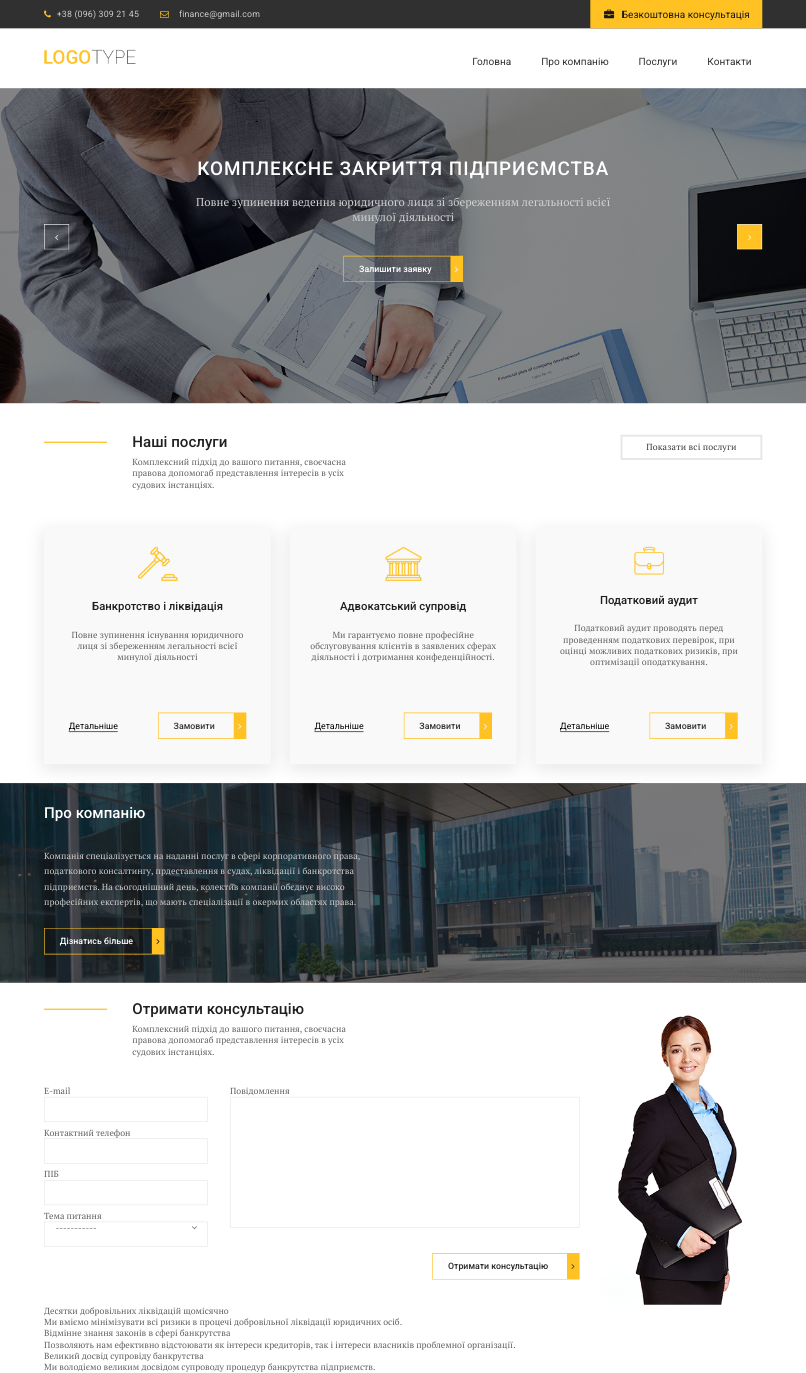
Repository: oliachipko/companysait
Page: index.html
These files come from the project's save history. The page is drawn as it stood at one moment and after the next save; the edit follows.
The browser window is 1280 px wide. The pictures show the whole page, at 63% of full size.

Above is the page before, as saved 2020-11-20 09:55:48.

### index.html
<!DOCTYPE html>
<html lang="en">
  <head>
    <meta charset="UTF-8" />
    <meta name="viewport" content="width=device-width, initial-scale=1.0" />
    <title>Document</title>
    <link rel="preconnect" href="https://fonts.gstatic.com" />
    <link href="https://fonts.googleapis.com/css2?family=PT+Serif:wght@400;700&family=Roboto:wght@400;500;700&display=swap"
      rel="stylesheet"/>
    <link rel="stylesheet" href="css/normalize.css" />
    <link rel="stylesheet" href="css/fonts.css" />
    <link rel="stylesheet" href="css/jquery.fancybox.min.css" />
    <link rel="stylesheet" href="css/slick.css" />
    <link rel="stylesheet" href="css/jquery.formstyler.css">
    <link rel="stylesheet" href="css/style.css" />
  </head>
  <body>
    <header class="header">
      <div class="header__top">
        <div class="container">
          <div class="header__contacts">
            <a class="header__phone" href="tel:380963092145">+38 (096) 309 21 45</a>
            <a class="header__email" href="#">finance@gmail.com</a>
            <a data-fancybox data-src="#modal" href="javascript:;" href="#" class="header__btn">
              Безкоштовна консультація
            </a>
          </div>
        </div>
      </div>
      <div class="header__content">
        <div class="container">
          <div class="header__content-inner">
            <div class="header__logo">
              <a href="#">
                <img src="img/logo.png" alt="" />
              </a>
            </div>
            <nav class="menu">
              <ul>
                <li><a href="#">Головна</a></li>
                <li><a href="#">Про компанію</a></li>
                <li><a href="#">Послуги</a></li>
                <li><a href="#">Контакти</a></li>
              </ul>
            </nav>
          </div>
        </div>
      </div>
    </header>
    <section class="slider">
      <div class="container">
        <div class="slider__inner">
          <div class="slider__item">
            <div class="slider__item-content">
              <div class="slider__title">КОМПЛЕКСНЕ ЗАКРИТТЯ ПІДПРИЄМСТВА</div>
              <div class="slider__text">
                Повне зупинення ведення юридичного лиця зі збереженням
                легальності всієї минулої діяльності
              </div>
              <a data-fancybox data-src="#modal" href="javascript:;" class="slider__btn default-btn">
                Залишити заявку
              </a>
            </div>
          </div>

          <div class="slider__item">
            <div class="slider__item-content">
              <div class="slider__title">КОМПЛЕКСНЕ ЗАКРИТТЯ ПІДПРИЄМСТВА</div>
              <div class="slider__text">
                Повне зупинення ведення юридичного лиця зі збереженням
                легальності всієї минулої діяльності
              </div>
              <a data-fancybox data-src="#modal" href="javascript:;" class="slider__btn default-btn">
                Залишити заявку
              </a>
            </div>
          </div>

          <div class="slider__item">
            <div class="slider__item-content">
              <div class="slider__title">КОМПЛЕКСНЕ ЗАКРИТТЯ ПІДПРИЄМСТВА</div>
              <div class="slider__text">
                Повне зупинення ведення юридичного лиця зі збереженням
                легальності всієї минулої діяльності
              </div>
              <a data-fancybox data-src="#modal" href="javascript:;"class="slider__btn default-btn">
                Залишити заявку
              </a>
            </div>
          </div>
        </div>
      </div>
    </section>
    <section class="services">
      <div class="container">
        <div class="services__top">
          <div class="services__title-box">
            <div class="services__title">Наші послуги</div>
            <div class="services__text">
              Комплексний підхід до вашого питання, своєчасна правова допомогаб
              представлення інтересів в усіх судових інстанціях.
            </div>
          </div>
          <div class="services__btn">
          <a href="" class="services__btn"> Показати всі послуги </a>
        </div>
      </div>
      <div class="services__items">
        <div class="services__item">
          <img src="img/about-1.png" alt="">
          <div class="services__item-title">
            Банкротство і ліквідація
          </div>
          <div class="services__item-text">
            Повне зупинення існування юридичного лиця зі збереженням легальності всієї
            минулої діяльності
          </div>
          <div class="services__item-btn">
            <a class="services__item-link" href="#">Детальніше</a>
            <a data-fancybox data-src="#modal" href="javascript:;" class="default-btn">
                Замовити
            </a>
          </div>
        </div>

        <div class="services__item">
          <img src="img/about-2.png" alt="">
          <div class="services__item-title">
            Адвокатський супровід
          </div>
          <div class="services__item-text">
            Ми гарантуємо повне професійне обслуговування клієнтів в заявлених сферах
            діяльності і дотримання конфеденційності.
          </div>
          <div class="services__item-btn">
            <a class="services__item-link" href="#">Детальніше</a>
            <a data-fancybox data-src="#modal" href="javascript:;" class="default-btn">
                Замовити
            </a>
          </div>
        </div>

        <div class="services__item">
          <img src="img/about-3.png" alt="">
          <div class="services__item-title">
            Податковий аудит
          </div>
          <div class="services__item-text">
            Податковий аудит проводять перед проведенням податкових перевірок, при оцінці можливих
            податкових ризиків, при оптимізації оподаткування.
          </div>
          <div class="services__item-btn">
            <a class="services__item-link" href="#">Детальніше</a>
            <a data-fancybox data-src="#modal" href="javascript:;" class="default-btn">
                Замовити
            </a>
          </div>
        </div>
      </div>
    </section>
    <section class="about">
      <div class="container">
        <div class="about__inner">
        <div class="about__title">
          Про компанію
        </div>
        <div class="about__text">
          Компанія спеціалізується на наданні послуг в сфері корпоративного права, податкового
          консалтингу, прдеставлення в судах, ліквідації і банкротства підприємств. На
          сьогоднішний день, колектив компанії обєднує
          високо професійних експертів, що мають
          спеціалізації в окермих областях права.

        </div>
        <a  href="#" class="about__btn default-btn">
          Дізнатись більше
      </a>

      </div>
    </div>
    </section>
    <section class="form">
     <div class="container">
       <div class="form__inner">
         <div class="form__content">
          <div class="form__title-box">
            <div class="form__title">
              Отримати консультацію
            </div>
            <div class="form__text">
              Комплексний підхід до вашого питання, своєчасна правова допомогаб
              представлення інтересів в усіх судових інстанціях.
            </div>
          </div>
          <div class="form__box">
            <form>
              <div class="form__box-inner">
                <div class="form__box-left">
                  <label>
                  E-mail
                    <input type="text">
                  </label>
                  <label>
                  Контактний телефон
                    <input type="text">
                  </label>
                  <label>
                  ПІБ
                    <input type="text">
                  </label>
                  <label>
                    Тема питання
                    <select>
                      <option>-----------</option>
                      <option>-----------</option>
                      <option>-----------</option>
                      <option>-----------</option>
                    </select>
                  </label>

                </div>
                <div class="form__box-right">
                  <label>
                    Повідомлення
                    <textarea></textarea>
                  </label>
                  <button class="default-btn" type="submit">Отримати консультацію</button>
                </div>
              </div>
            </form>
          </div>

         </div>
       </div>
     </div>
    </section>
    <section class="advantages">
      <div class="container">
        <div class="advantages__inner">
          <div class="advantages-item">
            <div class="advantages__title">
              Десятки добровільних ліквідацій щомісячно

            </div>
            <div class="advantages__text">
              Ми вміємо мінімізувати всі ризики в процечі
              добровільної ліквідації юридичних осіб.
            </div>
          </div>
          <div class="advantages__title">
            Відмінне знання законів в сфері банкрутства
          </div>
          <div class="advantages__text">
            Позволяють нам ефективно відстоювати як інтереси кредиторів,
            так і інтереси власників проблемної організації.
          </div>
        </div>
        <div class="advantages__title">
          Великий досвід супровіду банкрутства
        </div>
        <div class="advantages__text">
          Ми володіємо великим досвідом супроводу процедур
          банкрутства підприємств.
        </div>
      </div>

        </div>
      </div>
    </section>




    <div id="modal">
      <h2>Hello!</h2>
      <p>You are awesome!</p>
    </div>

    <script src="https://ajax.googleapis.com/ajax/libs/jquery/3.5.1/jquery.min.js"></script>
    <script src="js/jquery.fancybox.min.js"></script>
    <script src="js/slick.min.js"></script>
    <script src="js/jquery.formstyler.min.js"></script>
    <script src="js/main.js"></script>
  </body>
</html>

### css/fonts.css
@font-face {
  font-family: 'icomoon';
  src:  url('../fonts/icomoon.eot?nqt5zc');
  src:  url('../fonts/icomoon.eot?nqt5zc#iefix') format('embedded-opentype'),
    url('../fonts/icomoon.ttf?nqt5zc') format('truetype'),
    url('../fonts/icomoon.woff?nqt5zc') format('woff'),
    url('../fonts/icomoon.svg?nqt5zc#icomoon') format('svg');
  font-weight: normal;
  font-style: normal;
  font-display: block;
}

[class^="icon-"], [class*=" icon-"] {
  /* use !important to prevent issues with browser extensions that change fonts */
  font-family: 'icomoon' !important;
  speak: never;
  font-style: normal;
  font-weight: normal;
  font-variant: normal;
  text-transform: none;
  line-height: 1;

  /* Better Font Rendering =========== */
  -webkit-font-smoothing: antialiased;
  -moz-osx-font-smoothing: grayscale;
}

.icon-envelope-o:before {
  content: "\f003";
}
.icon-check:before {
  content: "\f00c";
}
.icon-map-marker:before {
  content: "\f041";
}
.icon-phone:before {
  content: "\f095";
}
.icon-briefcase:before {
  content: "\f0b1";
}
.icon-bars:before {
  content: "\f0c9";
}
.icon-navicon:before {
  content: "\f0c9";
}
.icon-reorder:before {
  content: "\f0c9";
}
.icon-angle-left:before {
  content: "\f104";
}
.icon-angle-right:before {
  content: "\f105";
}
.icon-quote-left:before {
  content: "\f10d";
}
.icon-quote-right:before {
  content: "\f10e";
}
.icon-ellipsis-v:before {
  content: "\f142";
}

### css/style.css
* {
    box-sizing: border-box;
}

a{
    text-decoration: none;
    display: inline-block;
}

ul,
li{
    list-style: none;
    margin: 0;
    padding: 0;
}
.container{
    max-width: 1170px;
    margin: 0 auto;
    padding: 0 15px;
}

body{
    font-family: 'PT Serif', serif;
    /*font-family: 'Roboto', sans-serif;*/
    font-weight: 400px;
    font-size: 14px;
    line-height: 18px;
    color: #5e5e5e;

}
header {
    font-family: 'Roboto', sans-serif;
}
.header__top{
   background-color: #303030;
}
.header__btn {
    float: right;
    line-height: 36px;
    color: #1b1b1b;
    background-color: #ffc222;
    padding: 5px 20px 4px 50px;
    font-size: 16px;
    position: relative;
}
.header__btn:before {
    content: "\f0b1";
    font-family: 'icomoon';
    position: absolute;
    left: 22px;
    color: #1b1b1b;
}
.header__contacts:after {
    content: "";
    clear: both;
    display: block;
}
.header__phone,
.header__email {
    color:#cbcacb;
    letter-spacing: 0.25px;
    line-height: 45px;
    position: relative;
}
.header__phone {
    padding-left: 20px;
    padding-right: 30px;
}
.header__phone:before {
    content: "\f095";
    font-family: 'icomoon';
    position: absolute;
    left: 0;
    color: #ffc222;
}
.header__email{
    padding-left: 30px;
}
.header__email:before {
    content: "\f003";
    font-family: 'icomoon';
    position: absolute;
    left: 0;
    color: #ffc222;
}
.header__content {
    padding: 34px 0px 23px;
}
.header__content-inner{
    display: flex;
    justify-content: space-between;
}
.menu li {
    display: inline-block;
}
.menu a{
    color: #323232;
    font-size: 16px;
    line-height: 36px;
    border: 1px solid transparent;
    padding: 0px 16px;
    transition: all .3s;
}
.menu a:hover {
    border-color: #ffc222;
}
.menu li + li{
    padding-left: 10px;
}
#modal {
    display: none;
}
.slider{
    background-image: url(../img/slider-fon.jpg);
    background-repeat: no-repeat;
    background-size: cover;
    background-position: center;
    min-height: 500px;
}
.slider__item-content{
    text-align: center;
    padding-top: 110px;
    max-width: 665px;
    margin: 0 auto;
}
.slider__title{
    text-transform: uppercase;
    font-size: 30px;
    line-height: 36px;
    color: white;
    font-weight: 500;
    letter-spacing: 1.5px;
    margin-bottom: 22px;
    font-family: 'Roboto', sans-serif;
}
.slider__text{
    line-height: 24px;
    font-size: 18px;
    color: #d3d2d2;
    margin-bottom: 50px;
}

.default-btn {
    display: inline-block;
    color: white;
    font-size: 14px;
    line-height: 24px;
    font-weight: 500;
    font-family: 'Roboto', sans-serif;
    padding: 8px 30px 8px 24px;
    border: 1px solid #ffc222;
    border-right-width: 20px;
    position: relative;
    z-index: 2;
    outline: none;
}
.default-btn:after {
    content: "\f105";
    font-family: 'icomoon';
    position: absolute;
    top: 50%;
    transform: translateY(-50%);
    right: -12px;
}


.slider__inner {
    position: relative;
}
.slick-btn {
    position: absolute;
    top: 70%;
    z-index: 3;
    width: 40px;
    height: 40px;
    border: 1px solid white;
    cursor: pointer;
    outline: none;
    background-color: #ffc222;
}
.slick-btn.slick-disabled {
    cursor: default;
    background-color: transparent;

}
.slick-btn:before{
    position: absolute;
    top: 50%;
    left: 50%;
    transform: translate(-50%, -50%);
    font-family: 'icomoon';
    color: white;

}
.slick-next:before{
    content: "\f105";
}
.slick-prev:before {
    content: "\f104";
}
.slick-next{
    right: 0;
}
.slick-prev{
    left: 0;
}
.services {
    padding: 50px 0px 30px;
}
.services__top{
    display: flex;
    justify-content: space-between;
    margin-bottom: 60px;
}
.services__title-box,
.form__title-box{
    max-width: 520px;
    padding-left: 140px;
    position: relative;
}
.services__title-box:before,
.form__title-box:before {
    content: "";
    position: absolute;
    width: 100px;
    height: 2px;
    background-color: #ffc222;
    left: 0;
    top: 11px;
}
.services__title,
.form__title{
    font-size: 24px;
    font-weight: 500;
    line-height: 24px;
    color: #212020;
    font-family: 'Roboto', sans-serif;
    margin-bottom: 10px;
}
.services__text,
.form__text{
    letter-spacing: 0.1px;
}
.services__btn a{
    color: #373636;
    line-height: 24px;
    letter-spacing: 0.25px;
    padding: 5px 38px;
    border: 3px solid #e6e6e6;
}
.services__items {
    display: flex;
    justify-content: space-between ;
}
.services__item {
    max-width: 360px;
    text-align: center;
    padding: 30px 0px 80px;
    position: relative;
    min-height: 375px;
    background-color: #f9f9f9;
    box-shadow: 0px 7px 24.3px 2.7px rgba(91, 89, 89, 0.14);
}
.services__item-title{
    color: #212020;
    font-size: 18px;
    line-height: 24px;
    font-weight: 500;
    font-family: 'Roboto', sans-serif;
    padding: 24px 0;
}
.services__item-text{
    letter-spacing: 0.1px;
    padding: 0px 30px 30px;
}
.services__item-btn {
    position: absolute;
    bottom: 40px;
    left: 0;
    right: 0;
}
.services__item-btn .default-btn {
    color: #373636;

}
.services__item-btn .default-btn:after {
    color: #ffffff;
}
.services__item-link{
    color: #050505;
    font-family: 'Roboto', sans-serif;
    border-bottom: 1px solid #050505 ;
    margin-right: 60px;
}
.about {
    background-image: url(../img/about-fon.jpg);
    background-size: cover;
    background-position: center;
    min-height: 300px;
    background-repeat: no-repeat;
    padding: 25px 0px 45px;

}
.about__inner{
    max-width: 545px;
}
.about__title{
    padding: 10px 0px 25px;
    margin-bottom: 20px;
    font-size: 24px;
    line-height: 24px;
    color: #fff;
    font-weight: 500;
    font-family: 'Roboto', sans-serif;
}
.about__text {
    margin-bottom: 30px;
    letter-spacing: 0.1px;
    line-height: 24px;
    color: #d3d2d2;
}
.about__btn.default-btn:after {
    color: #000;
}
.form {
    padding-top: 30px;
}
.form__inner {
    padding-bottom: 40px;
    background-image: url(../img/form-fon.png);
    min-height: 460px;
    background-repeat: no-repeat;
    background-position: bottom right;
}
.form__box{
    max-width: 850px;
    padding-top: 45px;
}
.form__box-inner {
    display: flex;
    justify-content: space-between;
}
.form__box-left{
    max-width: 260px;
    width: 100%;

}
.form__box-right{
    max-width: 555px;
    width: 100%;
}
.form__box-inner label,
.form__box-inner input,
.form__box-inner textarea{
    display: block;
    width: 100%;
}
.form__box-iiner label{
    line-height: 36px;
    color: #282828;
    font-family: 'Roboto', sans-serif;
}
.form__box-inner input{
    margin-bottom: 8px;
    outline: none;
    height: 40px;
    border: 1px solid #e6e6e6;
}
.form__box-inner select{
    outline: none;
    padding-left: 17px;
}
.form__box-inner .jq-selectbox.jqselect{
    display: block;
    width: 100%;
}
.form__box-inner .jq-selectbox__select{
    height: 40px;
    border: 1px solid #e6e6e6;
    padding-left: 17px;
}
.form__box-inner .jq-selectbox__trigger-arrow:before{
    content: "\f105";
    font-family: 'icomoon';
    position: absolute;
    right: 17px;
    top: 0;
    transform: rotate(90deg);
}
.form__box-inner .jq-selectbox__dropdown {
	width: 100%;
	margin: 2px 0 0;
	padding: 0;
	border: 1px solid #e6e6e6;
	background: #FFF;
	box-shadow: 0 2px 10px rgba(0,0,0,.2);
}
.form__box-inner .jq-selectbox li {
	min-height: 18px;
	padding: 5px 17px 6px;
	color: #231F20;
}
.form__box-inner .jq-selectbox li.selected {
	background-color: #A3ABB1;
	color: #FFF;
}
.form__box-inner .jq-selectbox li:hover {
	background-color: #08C;
	color: #FFF;
}
.form__box-inner .jq-selectbox li.disabled {
	color: #AAA;
}
.form__box-inner .jq-selectbox li.disabled:hover {
	background: none;
}
.form__box-inner .jq-selectbox li.optgroup {
	font-weight: bold;
}
.form__box-inner .jq-selectbox li.optgroup:hover {
	background: none;
	color: #231F20;
	cursor: default;
}
.form__box-inner .jq-selectbox li.option {
	padding-left: 25px;
}
.form__box-inner textarea{
    outline: none;
    border: 1px solid #e6e6e6;
    padding: 10px;
    height: 208px;
    resize: none;
    margin-bottom: 40px;
}
.form__box-inner button{
    background-color: transparent;
    color: #282828;
    float: right;
}

### js/main.js
$(function(){

$('.slider__inner').slick({
    nextArrow: '<button type="button" class="slick-btn slick-next"></button>',
    prevArrow: '<button type="button" class="slick-btn slick-prev"></button>',
    infinite: false

});
    $('select').styler();

});

Loaded but not shown: css/normalize.css (library); css/jquery.fancybox.min.css (library); css/slick.css (common file); css/jquery.formstyler.css (common file); js/jquery.fancybox.min.js (library); js/slick.min.js (library); js/jquery.formstyler.min.js (library)

After the next save:
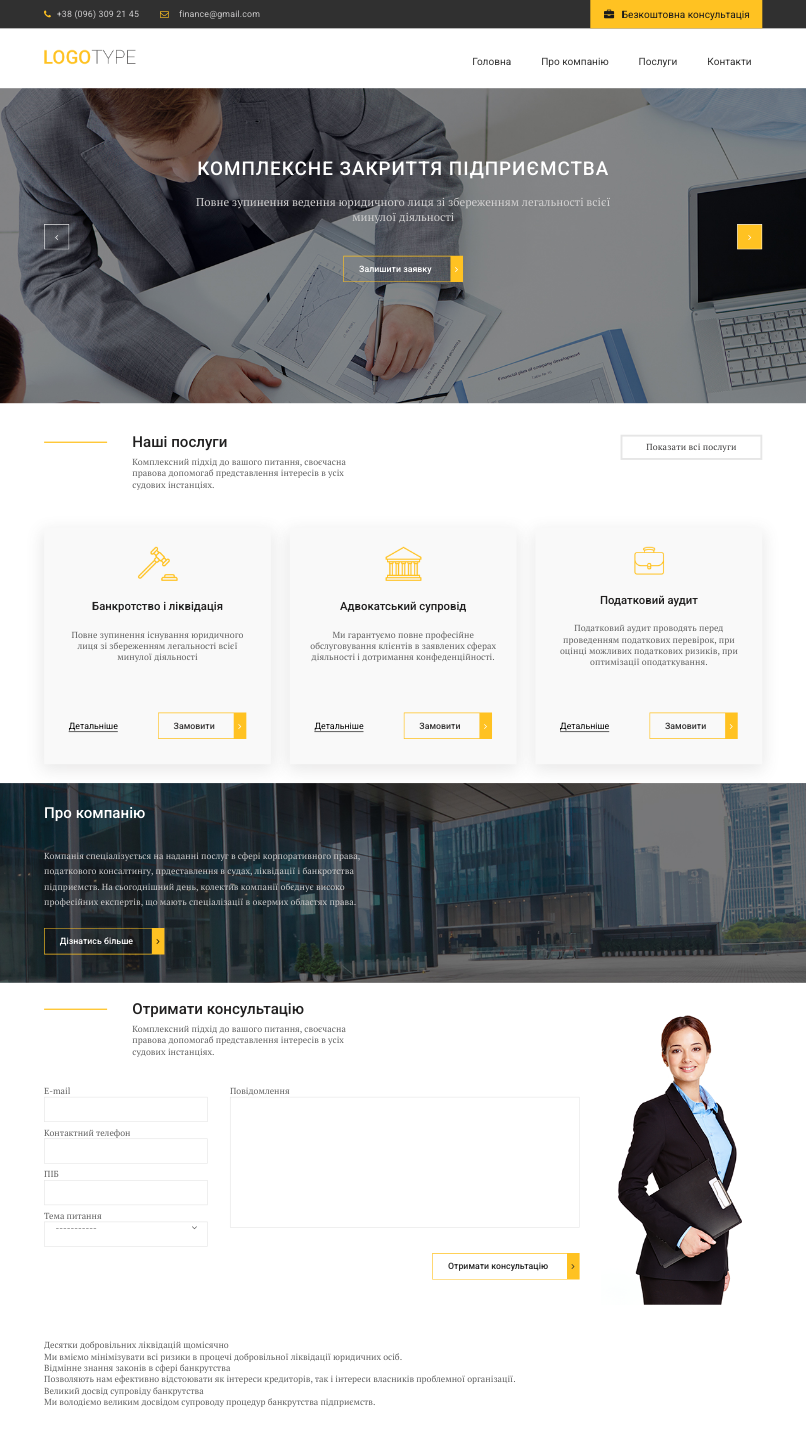
Saved 110 s later.
--- a/css/style.css
+++ b/css/style.css
@@ -438,3 +438,6 @@ header {
     color: #282828;
     float: right;
 }
+.advantages{
+    padding: 55px
+}
